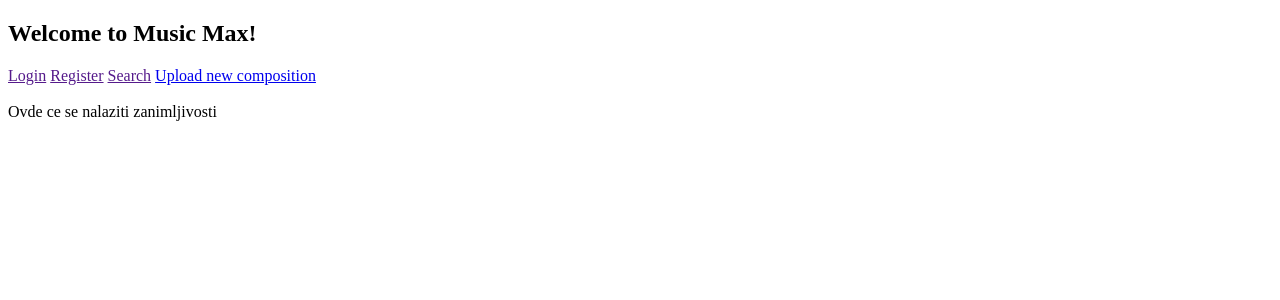
Repository: fmol2y/MusicMax
Page: http://localhost/MusicMax/
These files come from the project's save history. The page is drawn as it stood at one moment and after the next save; the edit follows.
The browser window is 1280 px wide. The pictures show the whole page.
The page is served by Tomcat 9.

Above is the page before, as saved 2016-05-10 00:05:55.

After the next save:
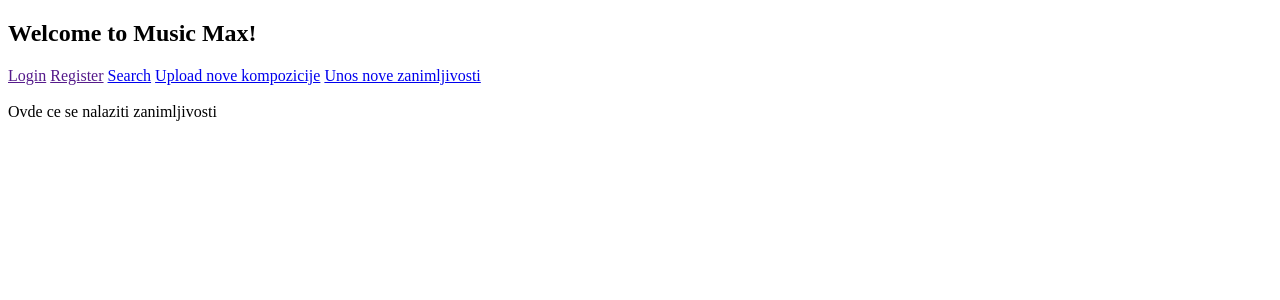
Saved 109 s later.
--- a/MusicMax/src/main/webapp/index.jsp
+++ b/MusicMax/src/main/webapp/index.jsp
@@ -11,8 +11,9 @@
 	<div id="navigationRow">
 		<a href="">Login</a>
 		<a href="">Register</a>
-		<a href="">Search</a>
-		<a href="/MusicMax/newcomposition.jsp">Upload new composition</a>
+		<a href="/MusicMax/search.jsp">Search</a>
+		<a href="/MusicMax/newcomposition.jsp">Upload nove kompozicije</a>
+		<a href="/MusicMax/unoszanimljivosti.jsp">Unos nove zanimljivosti</a>
 	</div><br>
 	<div id="zanimljivosti">Ovde ce se nalaziti zanimljivosti</div>
 </body>
